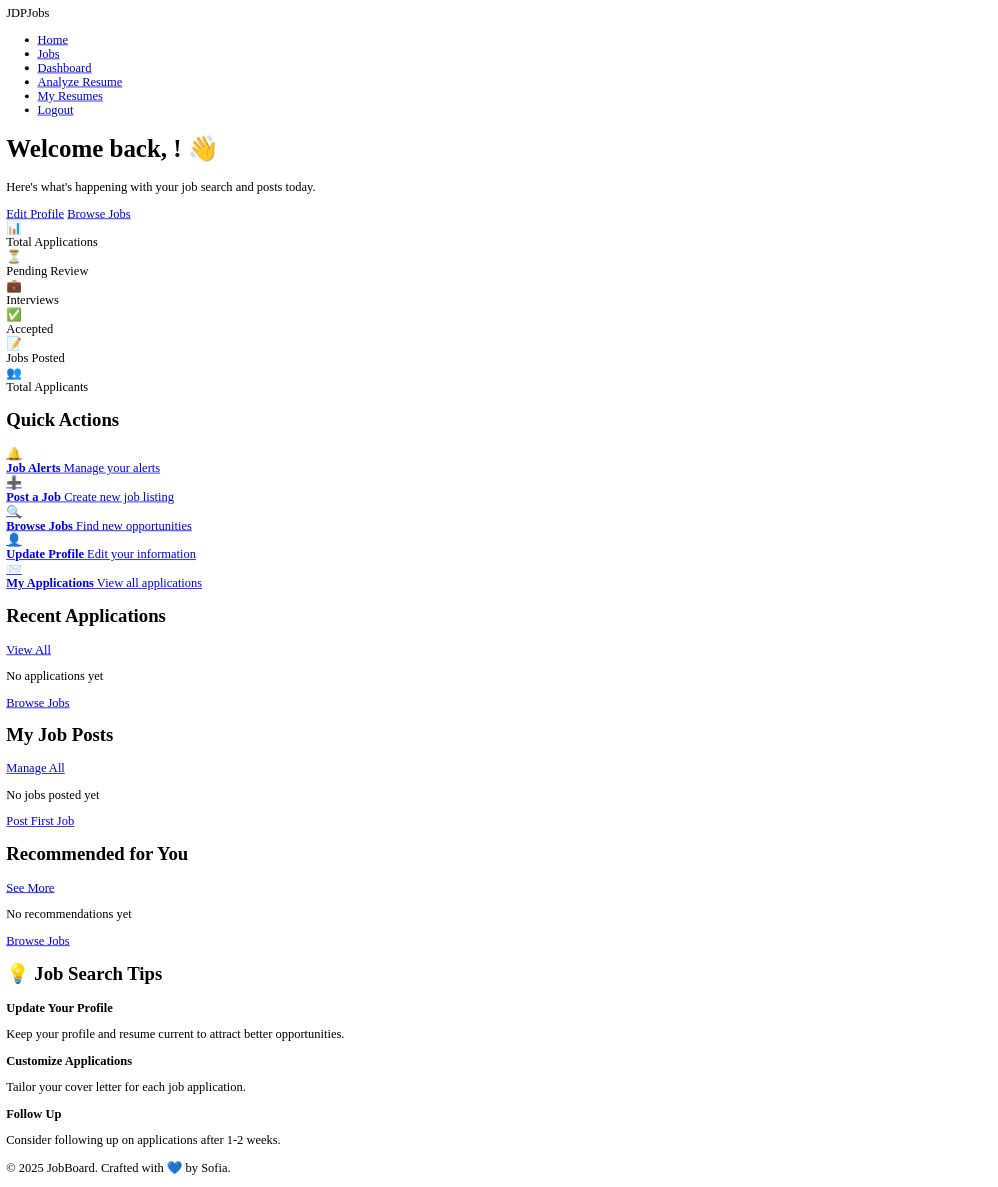
Repository: sofia123776/jobboard
Page: jobs/templates/jobs/dashboard.html
The author's editor kept a copy of each file at every save. The page is drawn from the files as they stood at one save, then again after the next save.
The browser window is 1280 px wide. The pictures show the whole page, at 78% of full size.
The template is drawn by Django 5.2. The application's start-up code is not run. The template is opened directly, without the code that normally fills it, so the values that code supplies are empty.

Above is the page before, as saved 2025-10-20 19:33:42.

After the next save:
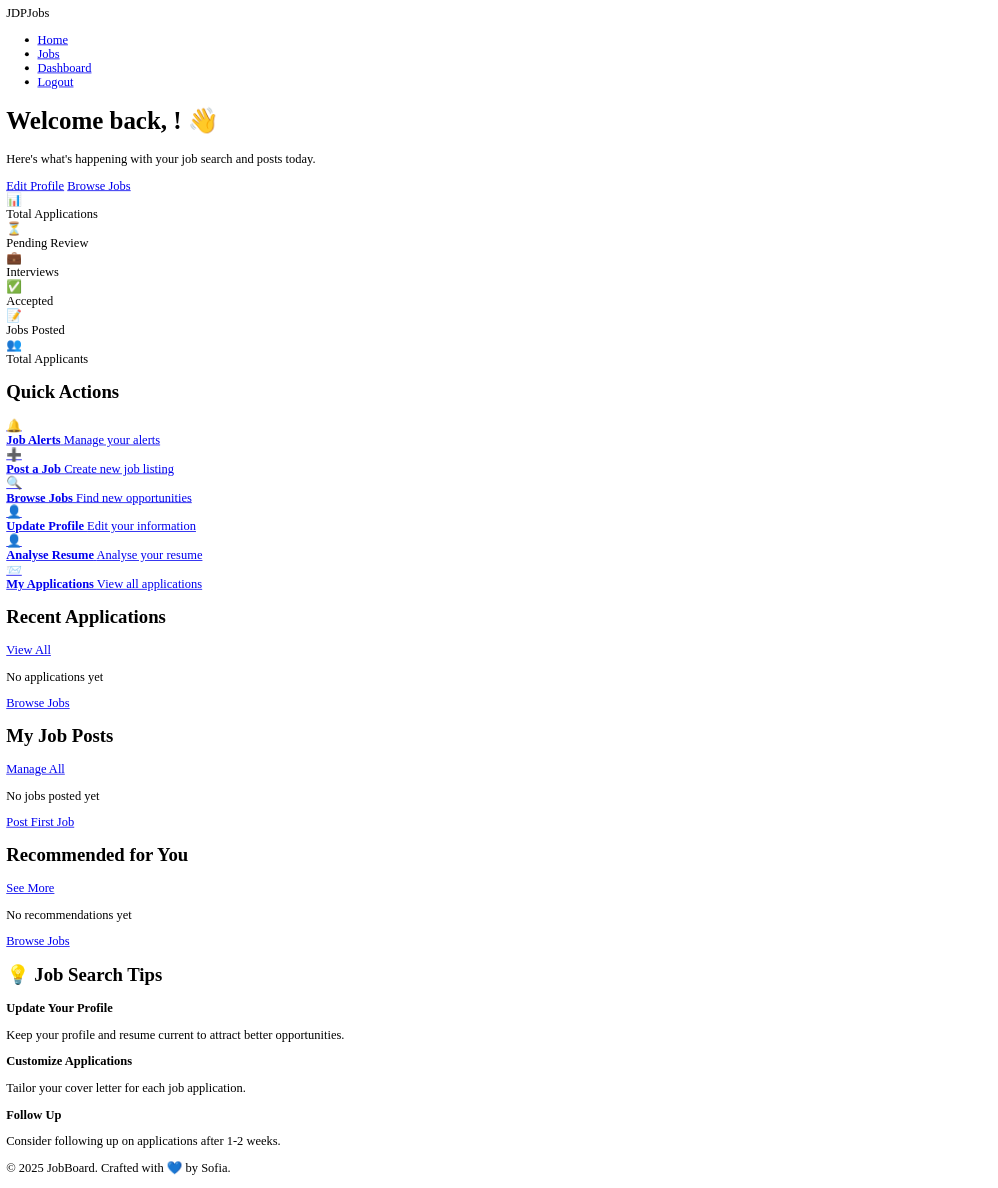
Saved 3 min 29 s later.
--- a/jobs/templates/jobs/dashboard.html
+++ b/jobs/templates/jobs/dashboard.html
@@ -15,8 +15,6 @@
                 <li><a href="{% url 'home' %}">Home</a></li>
                 <li><a href="{% url 'job_list' %}">Jobs</a></li>
                 <li><a href="{% url 'dashboard' %}" class="active">Dashboard</a></li>
-                <li><a href="{% url 'upload_resume' %}">Analyze Resume</a></li>
-                <li><a href="{% url 'resume_list' %}">My Resumes</a></li>
                 <li><a href="{% url 'logout' %}">Logout</a></li>
             </ul>
         </nav>
@@ -126,6 +124,14 @@
                             <div class="action-text">
                                 <strong>Update Profile</strong>
                                 <span>Edit your information</span>
+                            </div>
+                        </a>
+
+                        <a href="{% url 'analyse_resume' %}" class="quick-action">
+                            <div class="action-icon">👤</div>
+                            <div class="action-text">
+                                <strong>Analyse Resume</strong>
+                                <span>Analyse your resume</span>
                             </div>
                         </a>
 
